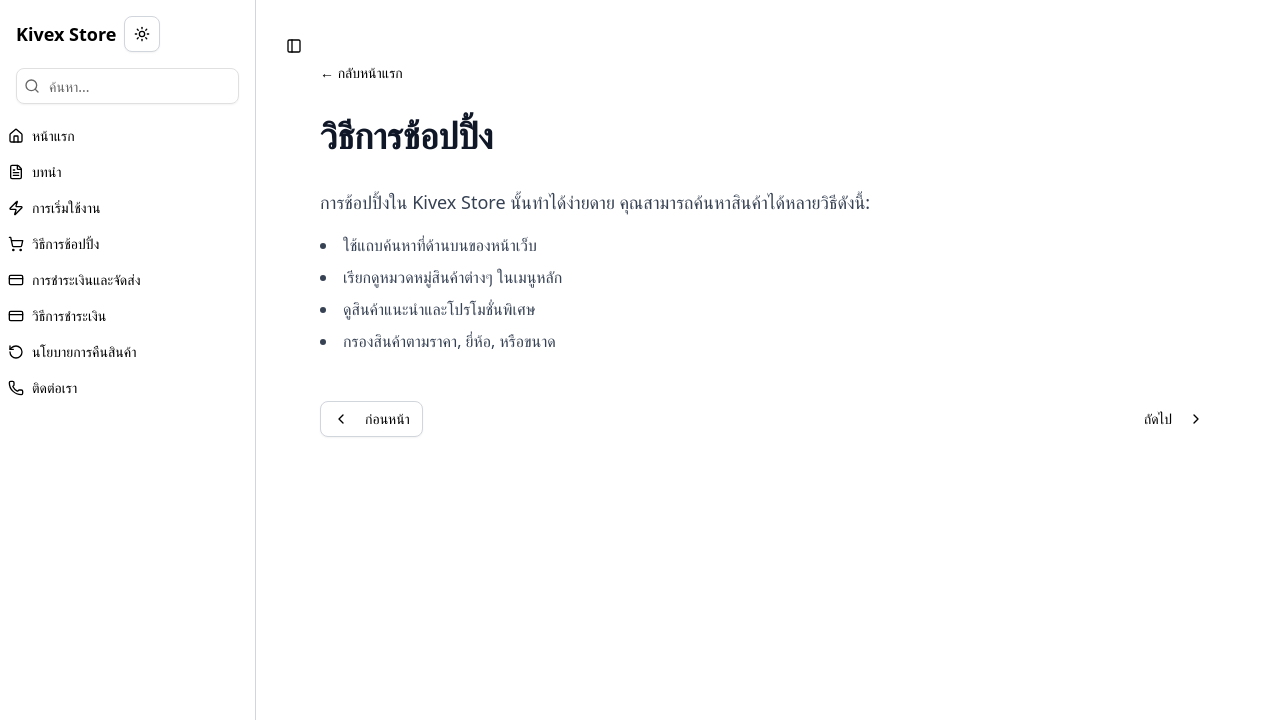
Repository: NUTellaVING/kivexdoc
Page: /shopping-methods
The author's editor kept a copy of each file at every save. The page is drawn from the files as they stood at one save, then again after a run of saves.
The browser window is 1280 px wide. The pictures show the whole page.
The project was rebuilt for these pictures with package versions that can differ from the ones it lists, and the page was loaded fresh each time. The framework's server and built-in components were replaced by stand-ins that run in the browser. Also part of the build but not shown: next.config.ts, components/ui/separator.tsx, components/ui/skeleton.tsx. Imported but missing from the stored project, and not drawn on this page: components/ui/sheet.

Above is the page before, as saved 2025-12-06 16:17:17.

After the next 3 saves:
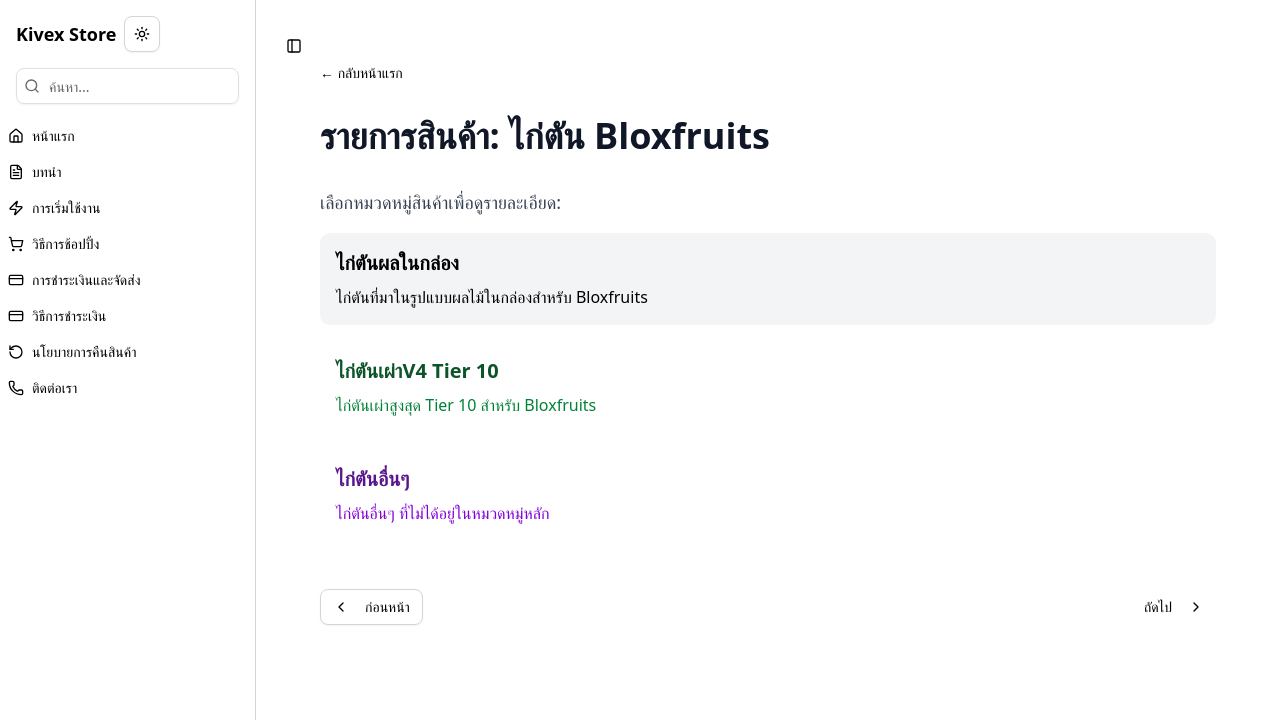
The 3 saves are shown as one change because they came seconds apart.
The last was saved 89 s later.
--- a/app/shopping-methods/page.tsx
+++ b/app/shopping-methods/page.tsx
@@ -21,19 +21,38 @@ export default function ShoppingMethods() {
 
             <section>
               <h1 className="text-4xl font-bold text-gray-900 dark:text-white mb-8">
-                วิธีการช้อปปิ้ง
+                รายการสินค้า: ไก่ตัน Bloxfruits
               </h1>
               <div className="mb-6">
                 <p className="text-gray-700 dark:text-gray-300 leading-relaxed text-lg mb-4">
-                  การช้อปปิ้งใน Kivex Store นั้นทำได้ง่ายดาย
-                  คุณสามารถค้นหาสินค้าได้หลายวิธีดังนี้:
+                  เลือกหมวดหมู่สินค้าเพื่อดูรายละเอียด:
                 </p>
-                <ul className="list-disc list-inside space-y-2 text-gray-700 dark:text-gray-300">
-                  <li>ใช้แถบค้นหาที่ด้านบนของหน้าเว็บ</li>
-                  <li>เรียกดูหมวดหมู่สินค้าต่างๆ ในเมนูหลัก</li>
-                  <li>ดูสินค้าแนะนำและโปรโมชั่นพิเศษ</li>
-                  <li>กรองสินค้าตามราคา, ยี่ห้อ, หรือขนาด</li>
-                </ul>
+                <div className="grid md:grid-cols-1 gap-4">
+                  <Link href="/shopping-methods/box" className="block p-4 bg-blue-50 dark:bg-blue-900/20 rounded-lg hover:bg-blue-100 dark:hover:bg-blue-800/30 transition-colors">
+                    <h3 className="text-xl font-semibold text-blue-900 dark:text-blue-100 mb-2">
+                      ไก่ตันผลในกล่อง
+                    </h3>
+                    <p className="text-blue-700 dark:text-blue-300">
+                      ไก่ตันที่มาในรูปแบบผลไม้ในกล่องสำหรับ Bloxfruits
+                    </p>
+                  </Link>
+                  <Link href="/shopping-methods/v4-t10" className="block p-4 bg-green-50 dark:bg-green-900/20 rounded-lg hover:bg-green-100 dark:hover:bg-green-800/30 transition-colors">
+                    <h3 className="text-xl font-semibold text-green-900 dark:text-green-100 mb-2">
+                      ไก่ตันเผ่าV4 Tier 10
+                    </h3>
+                    <p className="text-green-700 dark:text-green-300">
+                      ไก่ตันเผ่าสูงสุด Tier 10 สำหรับ Bloxfruits
+                    </p>
+                  </Link>
+                  <Link href="/shopping-methods/others" className="block p-4 bg-purple-50 dark:bg-purple-900/20 rounded-lg hover:bg-purple-100 dark:hover:bg-purple-800/30 transition-colors">
+                    <h3 className="text-xl font-semibold text-purple-900 dark:text-purple-100 mb-2">
+                      ไก่ตันอื่นๆ
+                    </h3>
+                    <p className="text-purple-700 dark:text-purple-300">
+                      ไก่ตันอื่นๆ ที่ไม่ได้อยู่ในหมวดหมู่หลัก
+                    </p>
+                  </Link>
+                </div>
               </div>
             </section>
 
